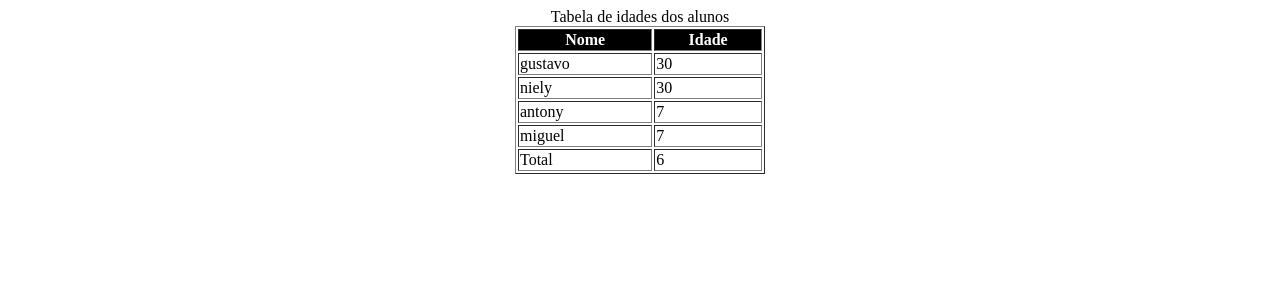
Repository: gustavotwist/html-css
Page: tabl.html
An editor plug-in stored every save of this project. The page is shown before and after the next save, followed by the edit.
The browser window is 1280 px wide. The pictures show the whole page.

Above is the page before, as saved 2024-04-27 20:10:14.

### tabl.html
<!DOCTYPE html>
<html lang="pt-br">
<head>
    <meta charset="UTF-8">
    <meta name="viewport" content="width=device-width, initial-scale=1.0">
    <title>tabelas</title>
    <style>
        table thead th {
            background-color: black;
            color: white;
        }
        table tfoot td {
            background-color: light;
        }
    </style>
</head>
<body>
    <table border="1" width="250"  align="center">
        <caption>Tabela de idades dos alunos</caption>
        <thead>
            <tr>
                <th>Nome</th>
                <th>Idade</th>
            </tr>
        </thead>


        <tbody>
            <tr>
                <td>gustavo</td>
                <td>30</td>
            </tr>
            <tr>
                <td>niely</td>
                <td>30</td>
            </tr>
            <tr>
                <td>antony</td>
                <td>7</td>
            </tr>
            <tr>
                <td>miguel</td>
                <td>7</td>
            </tr>
        </tbody>
        <tfoot>
            <tr>
                <td>Total</td>
                <td>6</td>
            </tr>
        </tfoot>
    </table>



</body>
</html>

After the next save:
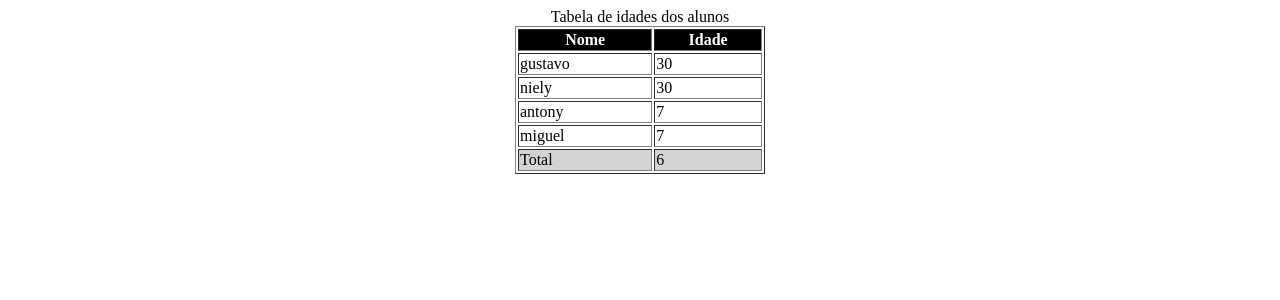
Saved 5 s later.
--- a/tabl.html
+++ b/tabl.html
@@ -10,7 +10,7 @@
             color: white;
         }
         table tfoot td {
-            background-color: light;
+            background-color: lightgray;
         }
     </style>
 </head>
